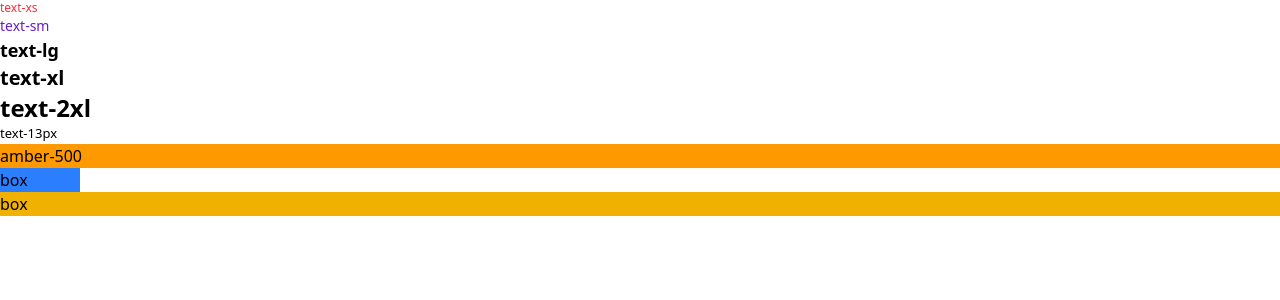
Repository: kkhhjjoo/onebite-tailwind
Page: /
These files come from the project's save history. The page is drawn as it stood at one moment and after the next save; the edit follows.
The browser window is 1280 px wide. The pictures show the whole page.
The project was rebuilt for these pictures with package versions that can differ from the ones it lists, and the page was loaded fresh each time. Also part of the build but not shown: vite.config.ts, src/App.css.

Above is the page before, as saved 2025-12-24 19:43:37.

### src/main.tsx
import { createRoot } from 'react-dom/client'
import './index.css'
import App from './App.tsx'

createRoot(document.getElementById('root')!).render(<App />);

### src/App.tsx
import "./App.css";

function App() {
  return (
    <div>
      {/* 1. 타이포그래프 */}
      <div className="text-xs text-red-500">text-xs</div>
      <div className="text-sm text-[rgb(100,30,200)]">text-sm</div>
      <div className="text-lg font-bold">text-lg</div>
      <div className="text-xl font-extrabold">text-xl</div>
      <div className="text-2xl font-black">text-2xl</div>
      <div className="text-[13px]">text-13px</div>

      {/* 2. 백그라운드 컬러 */}
      <div className="bg-amber-500">amber-500</div>

      {/* 3. 사이즈 */}
      <div className="w-20 bg-blue-500">box</div>
      <div className="w-full bg-yellow-500">box</div>
    </div>
  );
}

export default App;

Loaded but not shown: index.html (common file); src/index.css (common file)

After the next save:
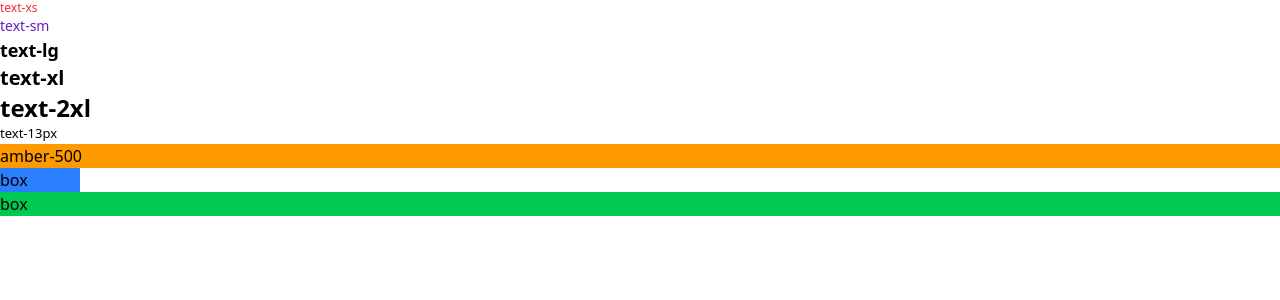
Saved 20 s later.
--- a/src/App.tsx
+++ b/src/App.tsx
@@ -16,7 +16,7 @@ function App() {
 
       {/* 3. 사이즈 */}
       <div className="w-20 bg-blue-500">box</div>
-      <div className="w-full bg-yellow-500">box</div>
+      <div className="w-full bg-green-500">box</div>
     </div>
   );
 }
